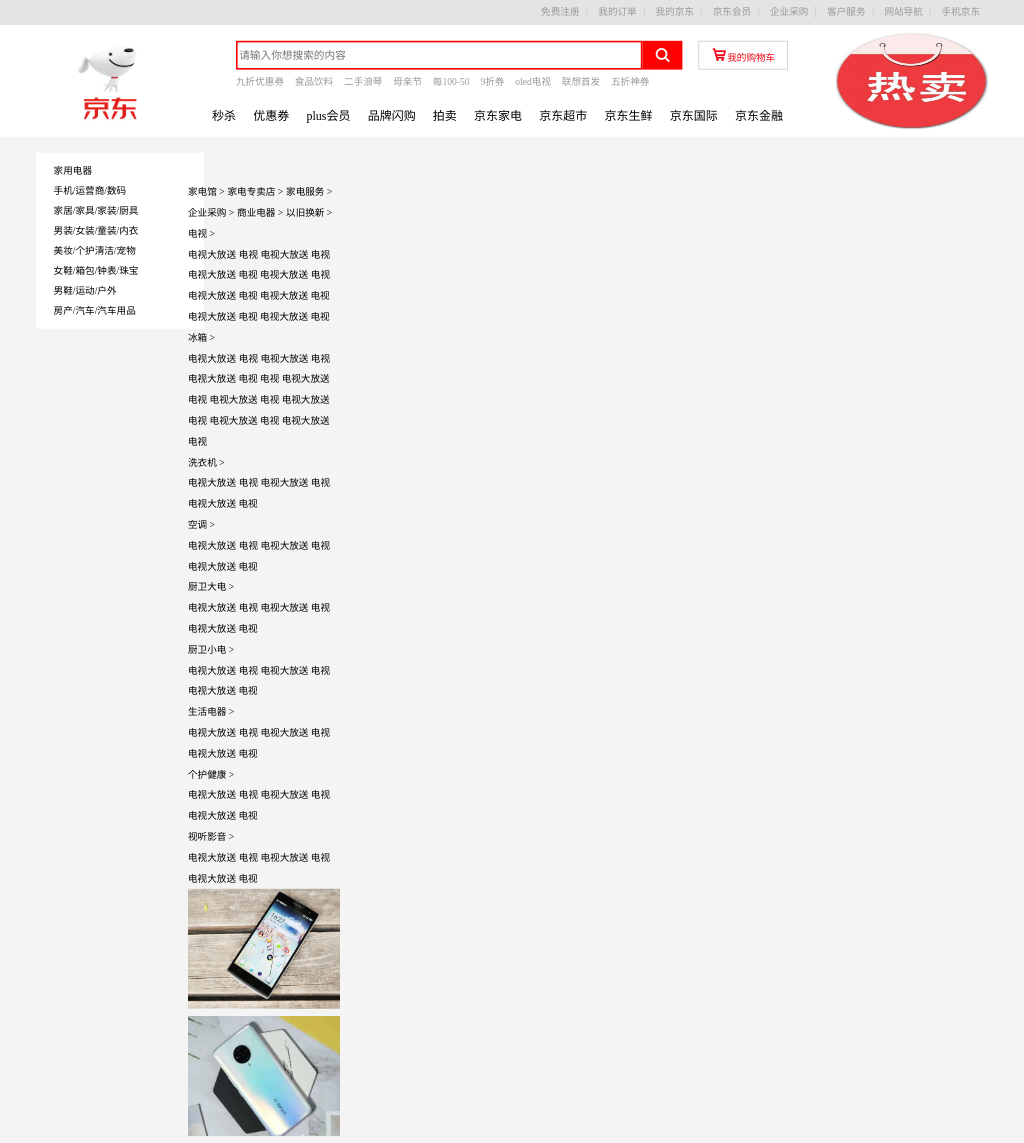
Repository: zhenzhen-gong/JDdemo
Page: index.html
These files come from the project's save history. The page is drawn as it stood at one moment and after the next save; the edit follows.
The browser window is 1280 px wide. The pictures show the whole page, at 80% of full size.

Above is the page before, as saved 2020-05-11 14:10:37.

After the next save:
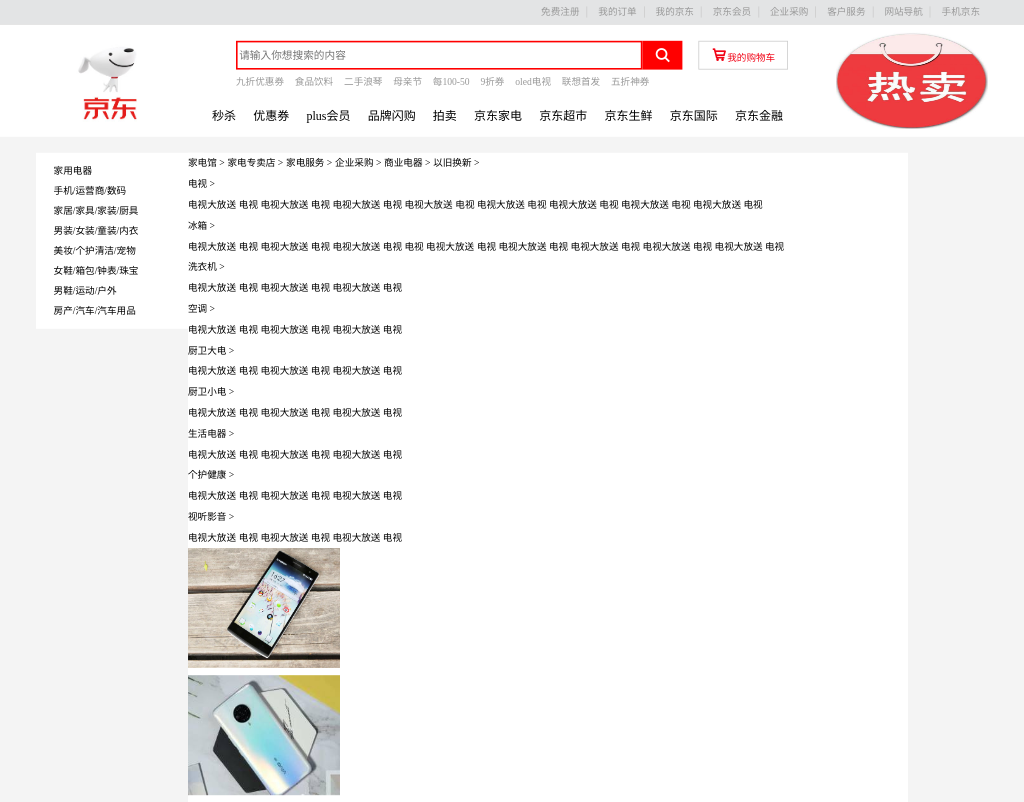
Saved 42 s later.
--- a/css/index.css
+++ b/css/index.css
@@ -140,7 +140,10 @@
 .wrapper .wrapper-box .menu ul li .menucontent{
     position: absolute;
     left: 190px;
-    /* top: 0; */
+    top: 0;
+    width: 900px;
+    background-color: #fff;
+    z-index: 10;
 
 }
 
